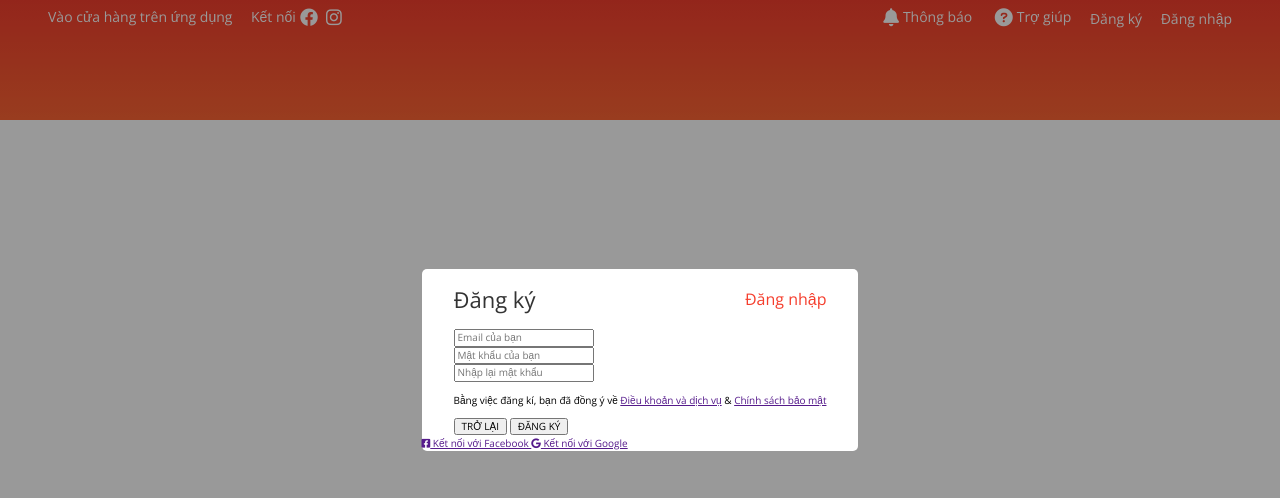
Repository: trongtamdev/Clone-Shopee-Page
Page: index.html
An editor plug-in stored every save of this project. The page is shown before and after the next save, followed by the edit.
The browser window is 1280 px wide. The pictures show the whole page.

Above is the page before, as saved 2022-07-08 21:08:37.

### index.html
<!DOCTYPE html>
<html lang="en">

<head>
    <meta charset="UTF-8">
    <meta http-equiv="X-UA-Compatible" content="IE=edge">
    <meta name="viewport" content="width=device-width, initial-scale=1.0">
    <title>Document</title>
    <link rel="stylesheet" href="https://cdnjs.cloudflare.com/ajax/libs/normalize/8.0.1/normalize.min.css">
    <link rel="stylesheet" href="assets/css/base.css">
    <link rel="stylesheet" href="assets/css/main.css">
    <link rel="stylesheet" href="assets/fonts/fontawesome-free-6.1.1/css/all.min.css">
    <link href="https://fonts.googleapis.com/css2?family=Open+Sans:wght@300;400;500;700&display=swap" rel="stylesheet">
</head>
    <div class="app">
        <header class="header">
            <div class="grid">
                <nav class="header__navbar">
                    <ul class="header__navbar-list">
                        <li class="header__navbar-item header__navbar-item--has-qr">
                            Vào cửa hàng trên ứng dụng
                            <div class="header__qr">
                                <img src="assets/img/qr_code.png" alt="QR code" class="header__qr-img">
                                <div class="header__qr-apps">
                                    <a href="" class="header__qr-link">
                                        <img src="assets/img/google_play.png" alt="Google play" class="header__qr-download-img">
                                    </a>
                                    <a href="" class="header__qr-link">
                                        <img src="assets/img/app_store.png" alt="App store" class="header__qr-download-img">
                                    </a>
                                </div>
                            </div>
                        </li>
                        <li class="header__navbar-item">
                            <span class="header__navbar-title--no-pointer">Kết nối</span>
                            <a href="" class="header__navbar-icon-link">
                                <i class="header__navbar-icon fa-brands fa-facebook"></i>
                            </a>
                            <a href="" class="header__navbar-icon-link">
                                <i class="header__navbar-icon fa-brands fa-instagram"></i>
                            </a>
                        </li>
                    </ul>

                    <ul class="header__navbar-list">
                        <li class="header__navbar-item">
                            <a href="" class="header__navbar-item-link">
                                <i class="header__navbar-icon fa-solid fa-bell"></i>
                                Thông báo</a>
                        </li>

                        <li class="header__navbar-item">
                            <a href="" class="header__navbar-item-link">
                                <i class="header__navbar-icon fa-solid fa-circle-question"></i>
                                Trợ giúp</a>
                        </li>

                        <li class="header__navbar-item header__navbar-item--strong">Đăng ký</li>
                        <li class="header__navbar-item header__navbar-item--strong">Đăng nhập</li>
                    </ul>
                </nav>
            </div>

        </header>

        <div class="container">

        </div>

        <footer class="footer">

        </footer>
    </div>
    <div class="modal">
        <div class="modal__overlay">

        </div>
        <div class="modal__body">
            <div class="modal__inner">
                <!-- Auth form -->
                <div class="auth-form">
                    <div class="auth-form__container">
                        <div class="auth-form__header">
                            <h3 class="auth-form__heading">Đăng ký</h3>
                            <span class="auth-form__switch-btn">Đăng nhập</span>
                        </div>

                        <div class="auth-form__form">
                            <div class="auth-form__group">
                                <input type="text" class="auth-form__input" placeholder="Email của bạn">
                            </div>

                            <div class="auth-form__group">
                                <input type="password" class="auth-form__input" placeholder="Mật khẩu của bạn">
                            </div>

                            <div class="auth-form__group">
                                <input type="password" class="auth-form__input" placeholder="Nhập lại mật khẩu">
                            </div>
                        </div>

                        <div class="auth-form__aside">
                            <p class="auth-form__policy-text">
                                Bằng việc đăng kí, bạn đã đồng ý về
                                <a href="" class="auth-form__policy-link">Điều khoản và dịch vụ</a> &
                                <a href="" class="auth-form__policy-link">Chính sách bảo mật</a>
                            </p>
                        </div>

                        <div class="auth-form__controls">
                            <button class="btn">TRỞ LẠI</button>
                            <button class="btn btn--primary">ĐĂNG KÝ</button>
                        </div>
                    </div>

                    <div class="auth-form__socials">
                        <a href="" class="btn btn--with-icon">
                            <i class="fa-brands fa-facebook-square"></i>
                            Kết nối với Facebook
                        </a>

                        <a href="" class="btn btn--with-icon">
                            <i class="fa-brands fa-google"></i>
                            Kết nối với Google
                        </a>
                    </div>
                </div>
            </div>
        </div>
    </div>
<body>

</body>

</html>

### assets/css/base.css
:root {
    --white-color :#fff;
    --back-color :#000;
    --text-color : #333;
    --primary-color: #f53e2d;
}

*{
    box-sizing: inherit;
}

html {
    font-size: 62.5%;
    line-height: 1.6rem;
    font-family: 'Open Sans', sans-serif;;
    box-sizing: border-box;
}

.grid {
    width: 1200px;
    max-width: 100%;
    margin: 0 auto;
}

.grid__full-width {
    width: 100%;
}

.grid__row {
    display: flex;
    flex-wrap: wrap
}

/* Animation */
@keyframes fadeIn {
    from {
        opacity: 0;
    }to {
        opacity: 1;
    }
}

/* Modal */

.modal {
    position: fixed;
    top: 0;
    right: 0;
    bottom: 0;
    left: 0;
    display: flex;
}

.modal__overlay {
    position: absolute;
    width: 100%;
    height: 100%;
    background-color: rgba(0, 0, 0, 0.4);
}

.modal__body {

    background-color: var(--white-color);
    margin: auto;
    position: relative;
    z-index: 1;
    border-radius: 5px;
}

### assets/css/main.css
.header {
    height: 120px;
    background-image: linear-gradient(0, #fe6433, #f53e2d);
}

.header__navbar {
    display: flex;
    justify-content: space-between;
}

.header__navbar-list {
    list-style: none;
    padding: 0;
    margin-top: 4px;
}

.header__navbar-item {
    margin: 0 8px;
    position: relative;
    min-height: 26px;
}

.header__navbar-item--has-qr:hover .header__qr {
    display: block;
}

.header__navbar-item,
.header__navbar-item-link{
    display: inline-block;
    font-size: 1.4rem;
    color :var(--white-color);
    text-decoration: none;
    font-weight: 300;
}

.header__navbar-item,
.header__navbar-item-link,
.header__navbar-icon-link {
    display: inline-flex;
    align-items: center;
}

.header__navbar-item:hover,
.header__navbar-item-link:hover,
.header__navbar-icon-link:hover{
    cursor: pointer;
    color: rgba(255, 255, 255, 0.7);
}

.header__navbar-item--strong {
    font-weight: 400;
}


.header__navbar-icon-link {
    color: var(--white-color);
    text-decoration: none;
}

.header__navbar-icon {
    font-size: 1.8rem;
    margin: 0 4px;
}

.header__navbar-title--no-pointer {
    color: var(--white-color);
    cursor: text;
}

/* Header QR code */

.header__qr {
    width: 186px;
    background-color: var(--white-color);
    position: absolute;
    left: 0;
    top: 118%;
    padding: 8px;
    border-radius: 2px;
    display: none;
    animation: fadeIn ease-in 0.5s;
}

.header__qr::before {
    position: absolute;
    left: 0;
    top: -16px;
    width: 100%;
    height: 20px;
    content: "";
    display: block;
}

.header__qr-img {
    width: 100%;
}

.header__qr-apps {
    display: flex;
}

.header__qr-link:nth-child(1) {
    margin-left: 11px;
}

.header__qr-link:nth-child(2) {
    margin-right: 11px;
}

.header__qr-download-img {
    height: 18px;
}


/* Authen Modal */

.auth-form__container {
    padding: 0 32px;
}

.auth-form__header {
    display: flex;
    align-items: center;
    justify-content: space-between;
}

.auth-form__heading {
    font-size: 2.2rem;
    font-weight: 400;
    color: var(--text-color);
}

.auth-form__switch-btn {
    font-size: 1.6rem;
    font-weight: 400;
    color: var(--primary-color);
    cursor: pointer;
}

Loaded but not shown: assets/fonts/fontawesome-free-6.1.1/css/all.min.css (library)

After the next save:
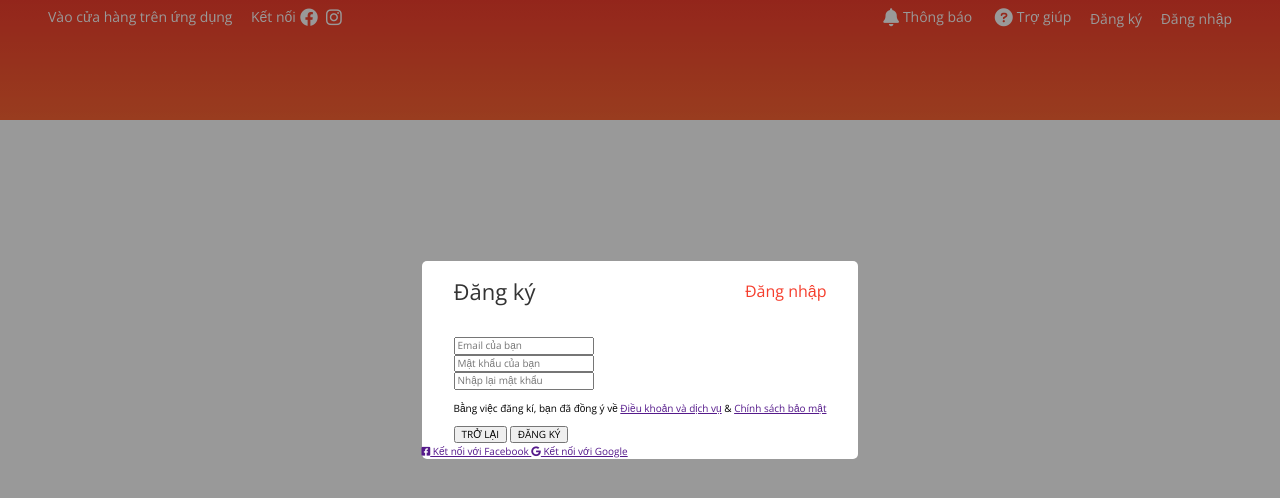
Saved 3 min 53 s later.
--- a/assets/css/main.css
+++ b/assets/css/main.css
@@ -136,3 +136,7 @@
     color: var(--primary-color);
     cursor: pointer;
 }
+
+.auth-form__form {
+    margin-top: 16px;
+}
